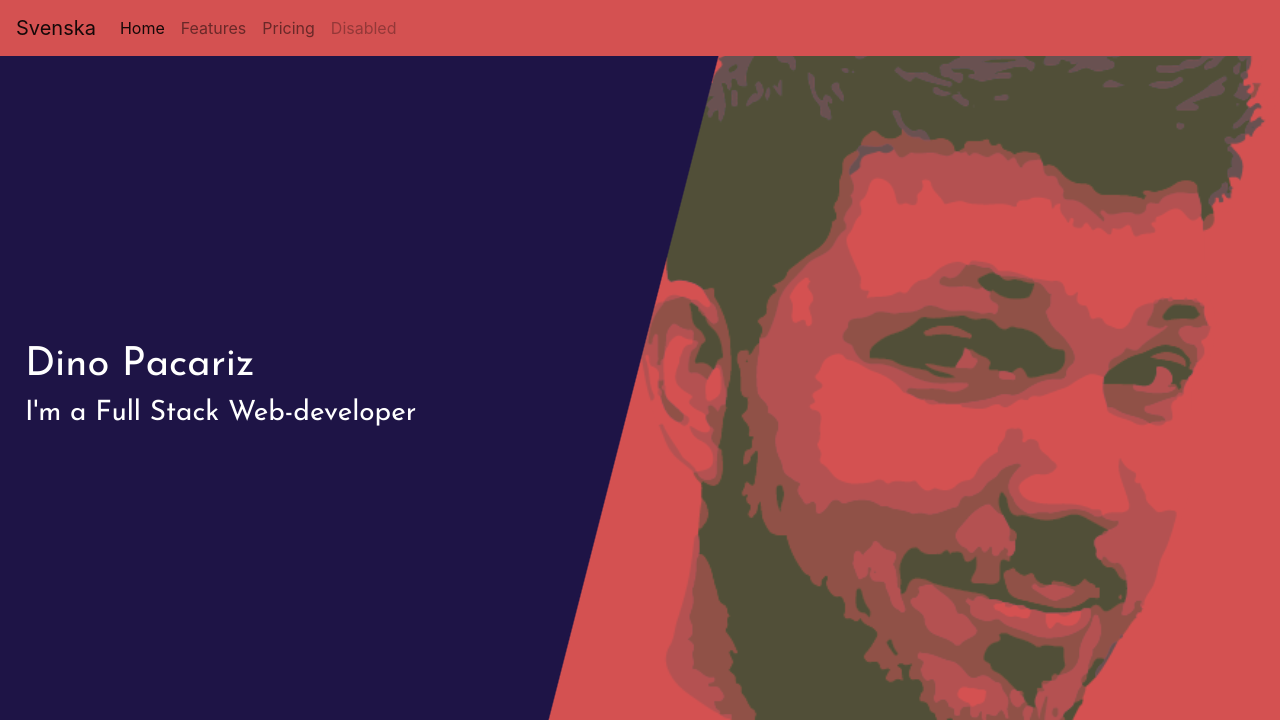
Repository: ImDino/Portfolio
Page: index.html
The author's editor kept a copy of each file at every save. The page is drawn from the files as they stood at one save, then again after the next save.
The browser window is 1280 px wide. The pictures show the whole page.
Some web libraries are served in a nearby version. The style sheet was rebuilt from its Sass, Less or Tailwind sources for each picture, by a compiler version that may differ from the author's.

Above is the page before, as saved 2020-11-04 12:49:02.

After the next save:
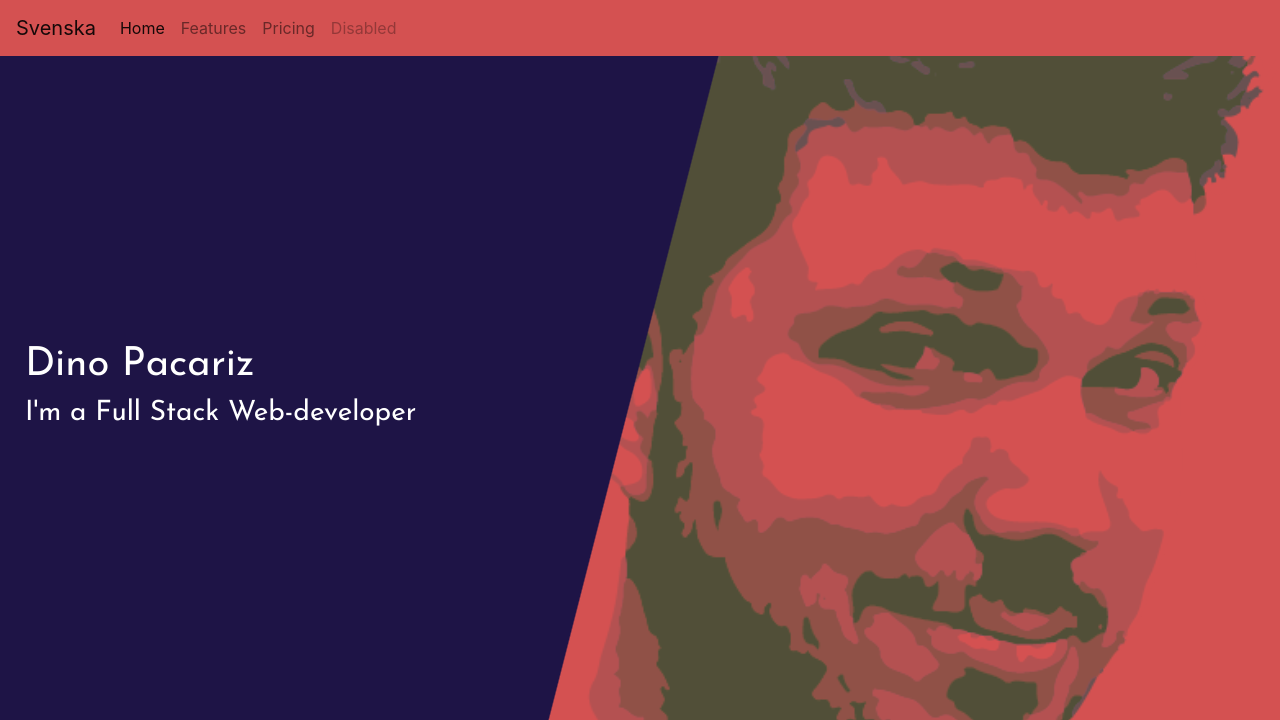
Saved 6 s later.
--- a/scss/main.scss
+++ b/scss/main.scss
@@ -45,7 +45,7 @@
     background-color: #D45151;
     z-index: -2;
     background-blend-mode: darken;
-    background-size: 40rem;
+    background-size: 45rem;
     background-position: right;
 }
 

After the save that followed:
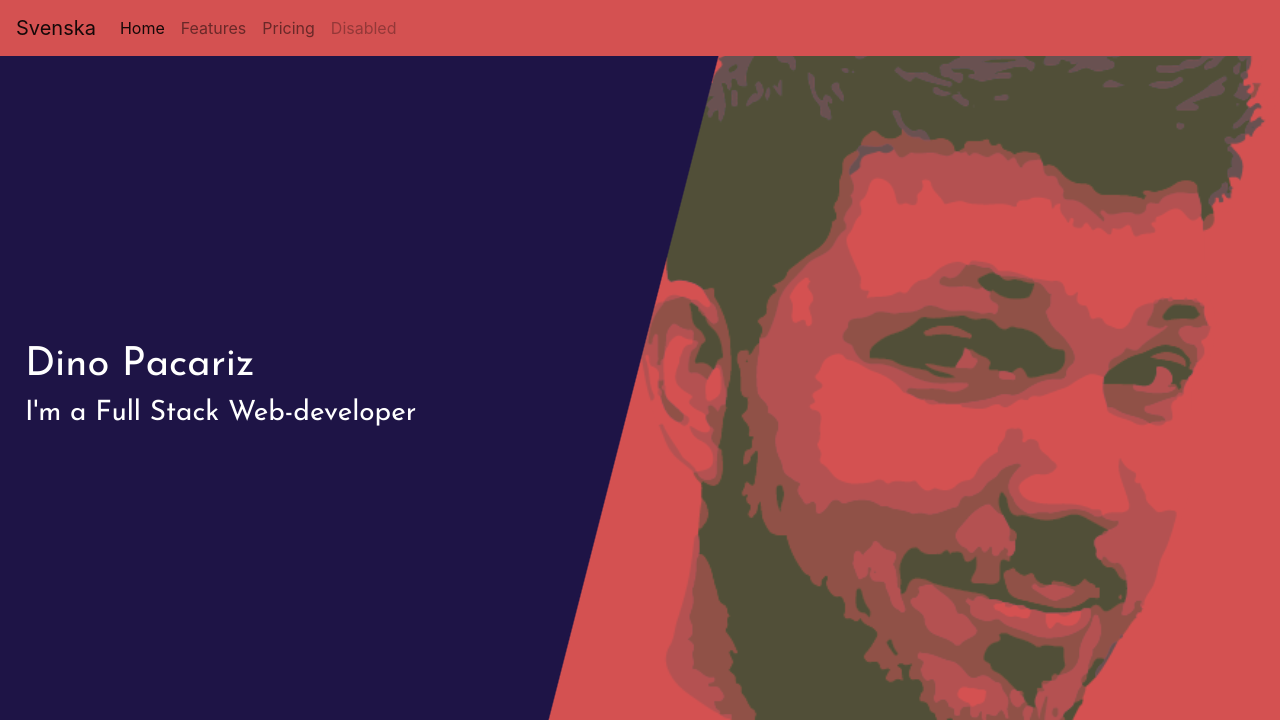
Saved 4 s later.
--- a/scss/main.scss
+++ b/scss/main.scss
@@ -45,7 +45,7 @@
     background-color: #D45151;
     z-index: -2;
     background-blend-mode: darken;
-    background-size: 45rem;
+    background-size: 40rem;
     background-position: right;
 }
 
